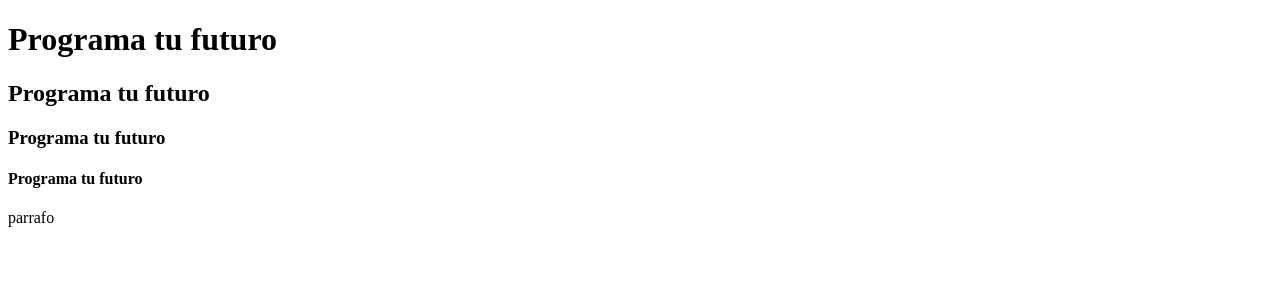
Repository: keanzato/Workspace
Page: login-web-app/src/main/webapp/index.html
An editor plug-in stored every save of this project. The page is shown before and after the next save, followed by the edit.
The browser window is 1280 px wide. The pictures show the whole page.

Above is the page before, as saved 2016-06-20 16:26:32.

### login-web-app/src/main/webapp/index.html
<!DOCTYPE html>
<html>
	<head>
		<meta charset="ISO-8859-1">
		<title>Pagina inicial</title>
	</head>

	<body>

		<h1>Programa tu futuro</h1>
		<h2>Programa tu futuro</h2>
		<h3>Programa tu futuro</h3>
		<h4>Programa tu futuro</h4>

		<p>parrafo</p>
	</body>
</html>

After the next save:
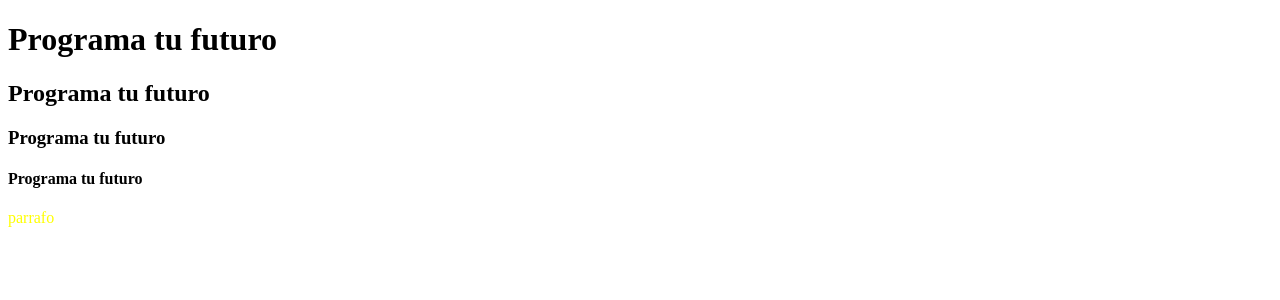
Saved 113 s later.
--- a/login-web-app/src/main/webapp/index.html
+++ b/login-web-app/src/main/webapp/index.html
@@ -12,6 +12,6 @@
 		<h3>Programa tu futuro</h3>
 		<h4>Programa tu futuro</h4>
 
-		<p>parrafo</p>
+		<p style="color: yellow;">parrafo</p>
 	</body>
 </html>
